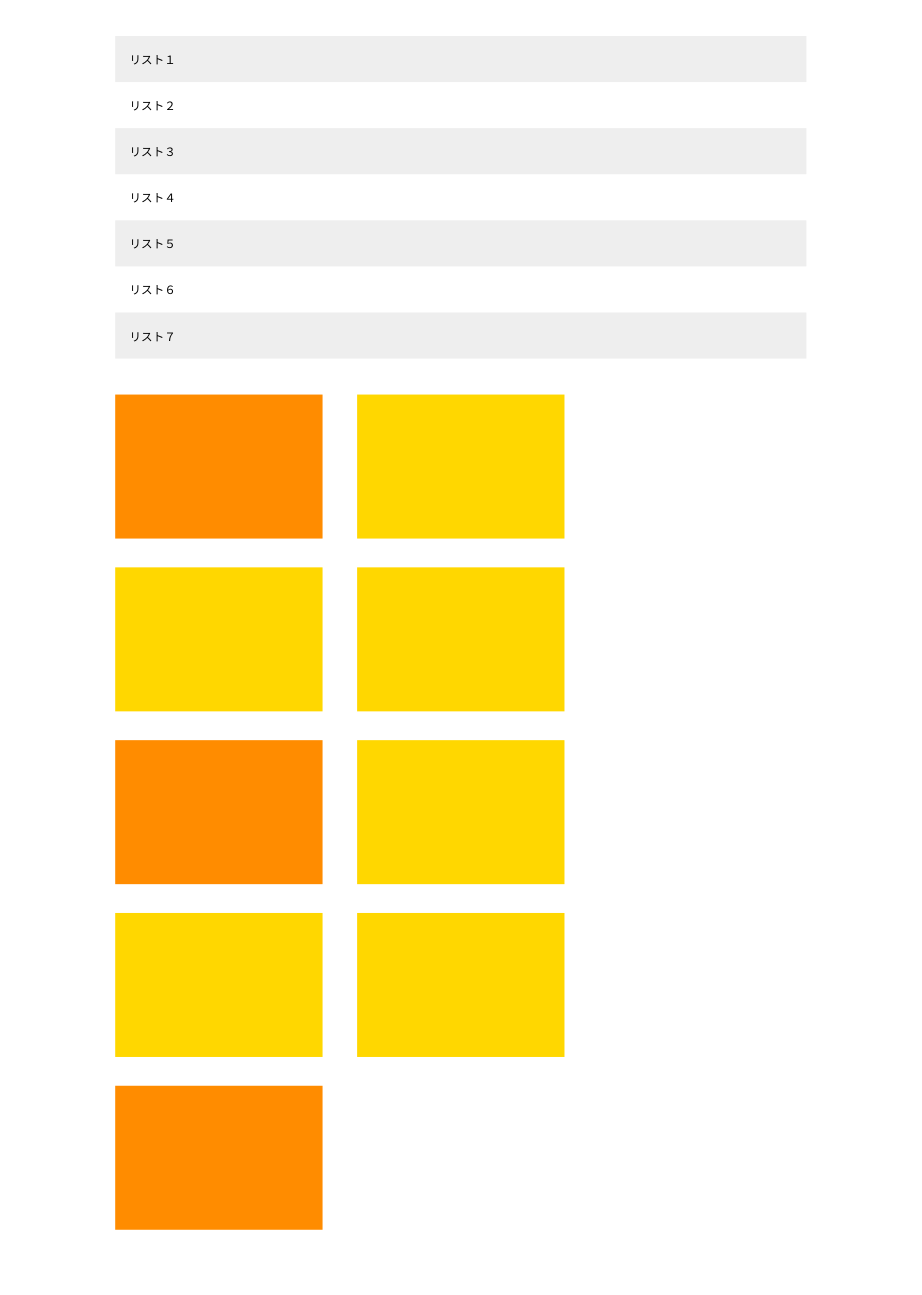
Repository: 825814/caravan2
Page: chapter8/index.html
The author's editor kept a record of every edit. The page is drawn from the files as they stood at one moment, then again after the next edit.
The browser window is 1280 px wide. The pictures show the whole page, at 72% of full size.

Above is the page before.

### chapter8/index.html
<!DOCTYPE html>
<html>
  <head>
    <meta http-equiv="content-type" content="text/html; charset=utf-8" />
    <title>`substitute(Filename('', 'Page Title'), '^.', '\u&', '')`</title>
    <link rel="stylesheet" href="style.css" type="text/css" />
  </head>
  <body>
    <main>
      <ul class="item-list">
        <li class="item">リスト１</li>
        <li class="item">リスト２</li>
        <li class="item">リスト３</li>
        <li class="item">リスト４</li>
        <li class="item">リスト５</li>
        <li class="item">リスト６</li>
        <li class="item">リスト７</li>
      </ul>
      <div class="box-list">
        <div class="box"></div>
        <div class="box"></div>
        <div class="box"></div>
        <div class="box"></div>
        <div class="box"></div>
        <div class="box"></div>
        <div class="box"></div>
        <div class="box"></div>
        <div class="box"></div>
      </div>
    </main>
  </body>
</html>

### chapter8/style.css
* {
  margin: 0;
  padding: 0;
  box-sizing: border-box;
}

main {
  width: 960px;
  margin: 50px auto;
}

.item-list {
  margin-bottom: 50px;
}

.item {
  padding: 20px;
  list-style: none;
}

.item:nth-child(odd) {
  background-color: #eee;
}

.box-list {
  display: flex;
  flex-wrap: wrap;
}

.box {
  background-color: #ffd700;
  width: 30%;
  height: 200px;
  margin-right: 5%;
  margin-bottom: 40px;
}

.box:first-child,
.box:nth-child(5),
.box:last-child {
  background-color: #ff8c00;
}

After the next edit:
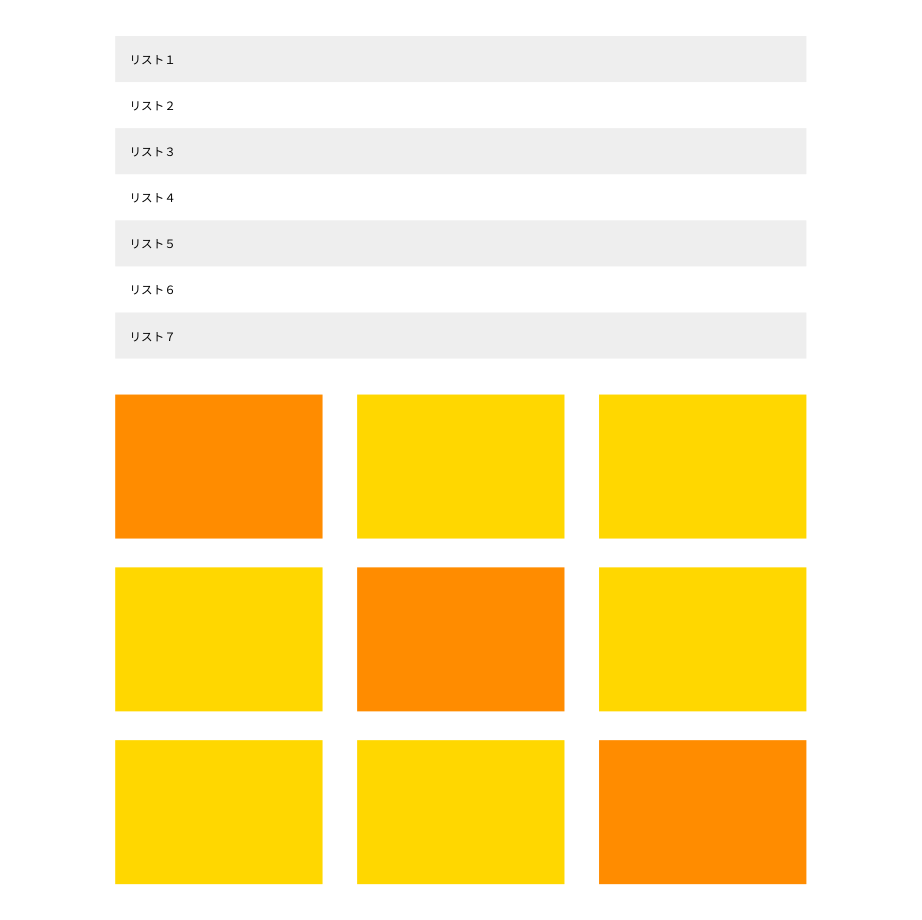
The edit:
--- a/chapter8/style.css
+++ b/chapter8/style.css
@@ -40,3 +40,11 @@ main {
 .box:last-child {
   background-color: #ff8c00;
 }
+
+.box:nth-child(3n) {
+  margin-right: 0;
+}
+
+.box:nth-child(n+7) {
+  margin-bottom: 0;
+}
